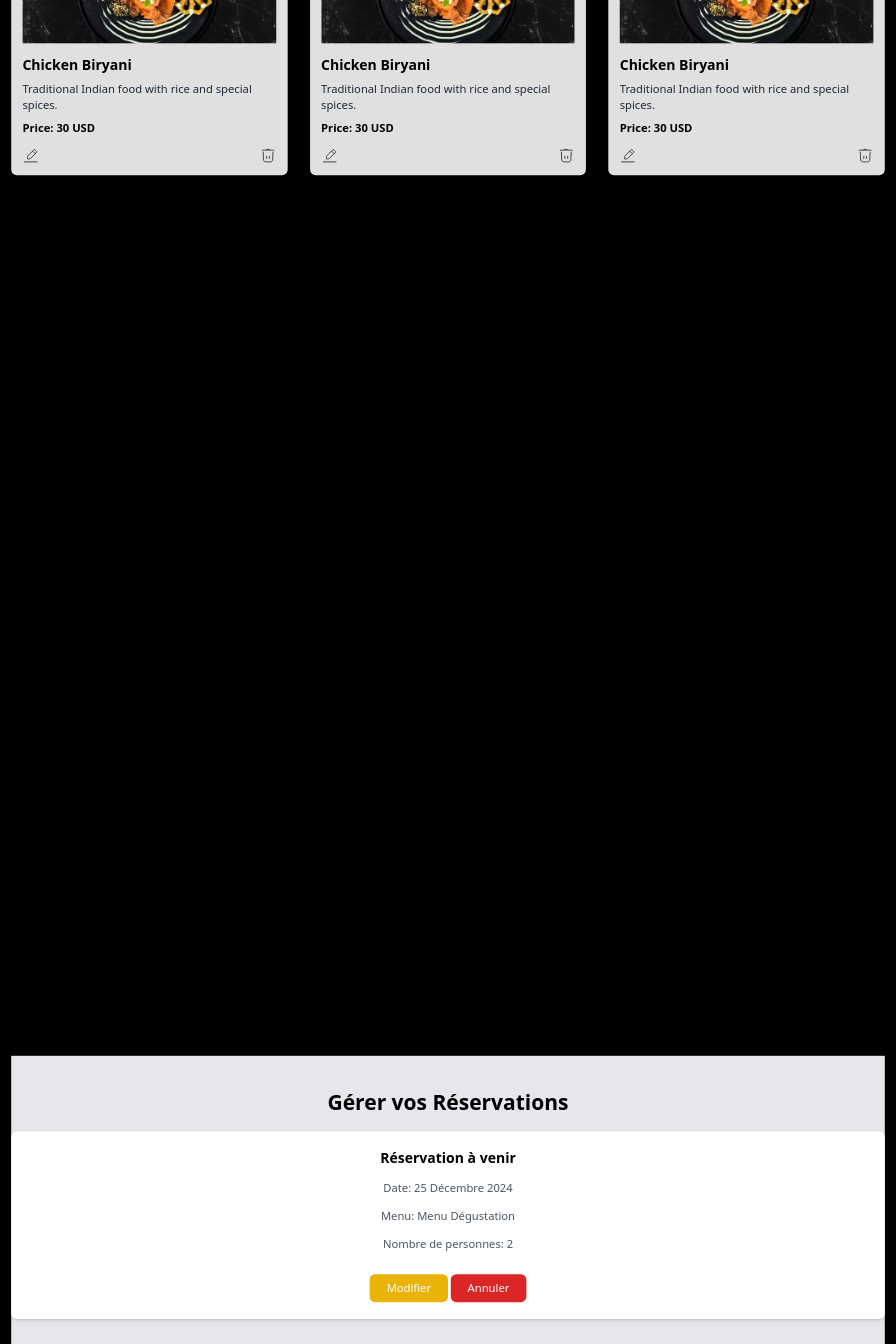
Repository: HamzaChehlaoui/Site-Web-pour-un-Chef-Cuisinier
Page: http://localhost/menuutil.php
An editor plug-in stored every save of this project. The page is shown before and after the next save, followed by the edit.
The browser window is 1280 px wide. The pictures show the part of the page from y = 746 to 2666 px (the page is 2766 px tall before and 1508 px after), at 70% of full size.
Some web libraries are served in a nearby version. The page is run by PHP 8.4 with error messages shown; the project is at /var/www/html/.

Above is the page before, as saved 2024-12-18 16:55:42.

After the next save:
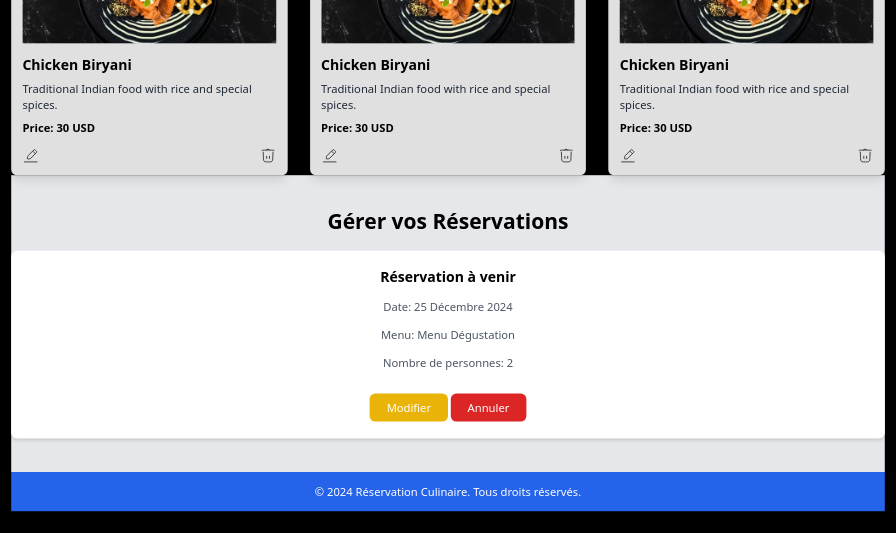
Saved 6 s later.
--- a/menuutil.php
+++ b/menuutil.php
@@ -172,15 +172,6 @@
                     </svg>  </div>
                 </div>
             </div>
-            <!-- /* From Uiverse.io by OnCloud125252 */  -->
-
-        <div tabindex="0" class="plusButton m-[auto] mt-[10px]">
-        <svg class="plusIcon" xmlns="http://www.w3.org/2000/svg" viewBox="0 0 30 30">
-            <g mask="url(#mask0_21_345)">
-            <path d="M13.75 23.75V16.25H6.25V13.75H13.75V6.25H16.25V13.75H23.75V16.25H16.25V23.75H13.75Z"></path>
-            </g>
-        </svg>
-</div>
     <!-- Reservation Section -->
     <section id="reservations" class="py-12 bg-gray-200">
         <div class="max-w-7xl mx-auto text-center">
